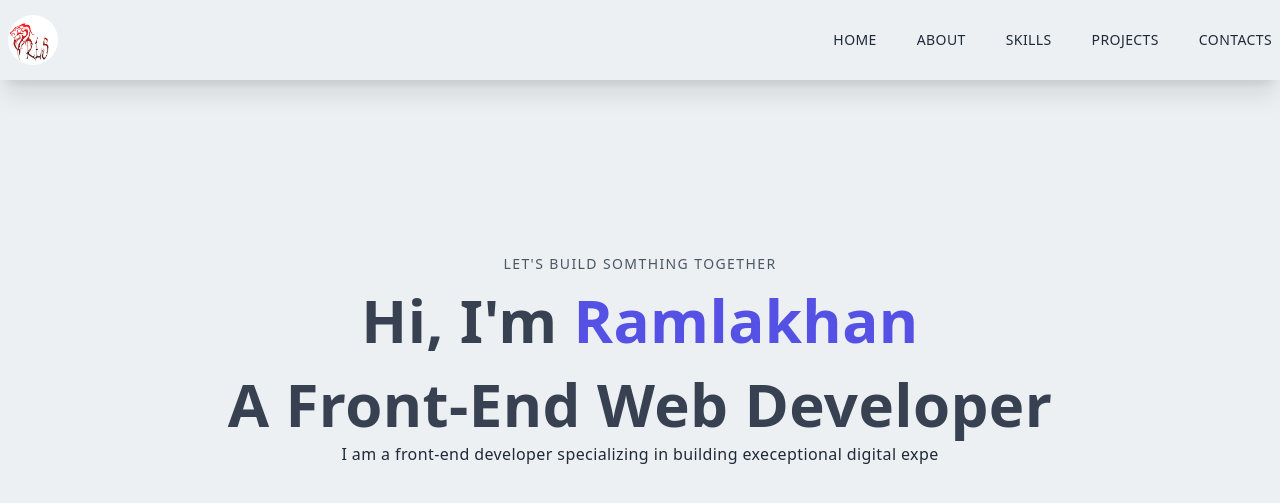
Repository: ram2642/portfolio-using-next-js
Page: /
An editor plug-in stored every save of this project. The page is shown before and after a run of saves, followed by the edit.
The browser window is 1280 px wide. The pictures show the whole page.
The project was rebuilt for these pictures with package versions that can differ from the ones it lists, and the page was loaded fresh each time. The framework's server and built-in components were replaced by stand-ins that run in the browser. Also part of the build but not shown: next.config.js.

Above is the page before, as saved 2022-09-04 01:55:19.

After the next 3 saves:
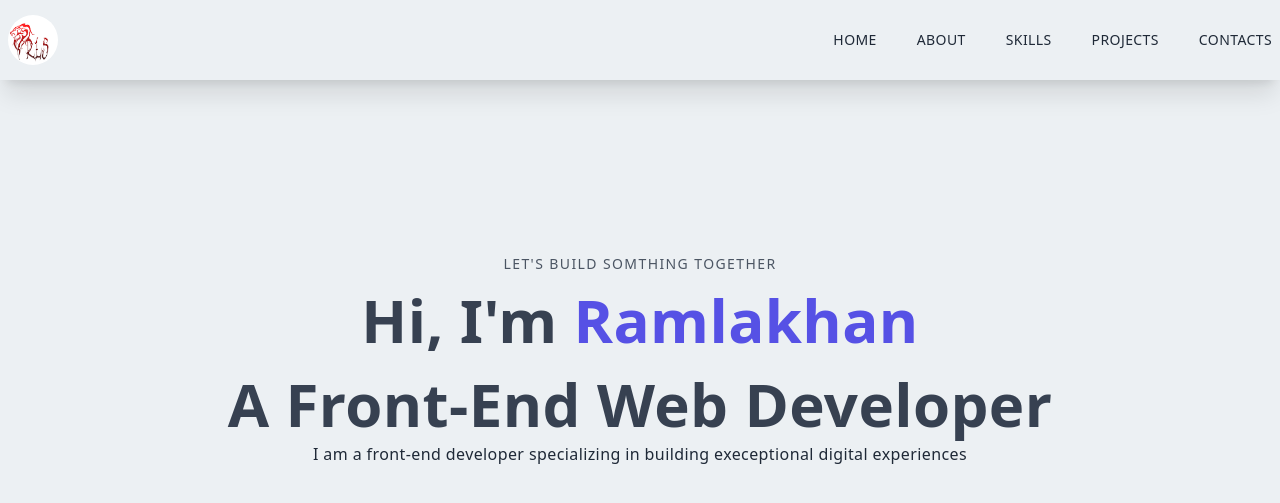
The 3 saves are shown as one change because they came seconds apart.
The last was saved 10 s later.
--- a/components/Main.jsx
+++ b/components/Main.jsx
@@ -13,7 +13,7 @@ const Main = () => {
         A Front-End Web Developer
       </h1>
       <p>
-        I am a front-end developer specializing in building execeptional digital expe
+        I am a front-end developer specializing in building execeptional digital experiences
       </p>
     </div>
 
